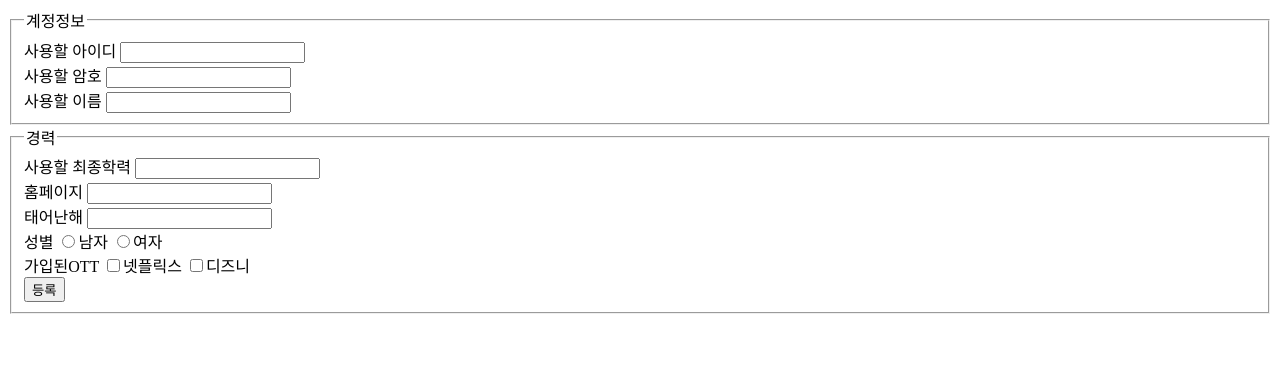
Repository: ybshim90/sesac1
Page: day_20211217_01_web/src/main/webapp/regist.html
These files come from the project's save history. The page is drawn as it stood at one moment and after the next save; the edit follows.
The browser window is 1280 px wide. The pictures show the whole page.

Above is the page before, as saved 2021-12-17 06:01:07.

### day_20211217_01_web/src/main/webapp/regist.html
<!DOCTYPE html>
<html>
	<head>
		<meta charset="UTF-8">
		<title>Insert title here</title>
	</head>
	<body>
		<form action="jsp/form1.jsp" method="get">
			<fieldset>
				<legend>계정정보</legend>
				<label> 사용할 아이디
					<input type="text" name="memid">
				</label><br>

				<label for="id_pw">사용할 암호</label>
				<input type="password" name="mempw" id="id_pw"><br>

				사용할 이름
				<input type="text" name="memname"><br>

			</fieldset>

			<fieldset>
				<legend>경력</legend>

				<label>사용할 최종학력
					<input type="search" name="keyword">
				</label><br>

				<label>홈페이지
					<input type="url" name="homepage">
				</label><br>

				<label>태어난해
					<input type="number" name="birthYear">
				</label><br>

				<label>성별
					<input type="radio" value="male" name="gender">남자
					<input type="radio" value="female" name="gender">여자
				</label><br>

				<label>가입된OTT
					<input type="checkbox" name="ott" value="netflix">넷플릭스
					<input type="checkbox" name="ott" value="disney">디즈니
				</label><br>

				<input type="submit" value="등록">
			</fieldset>
		</form>
	</body>
</html>

After the next save:
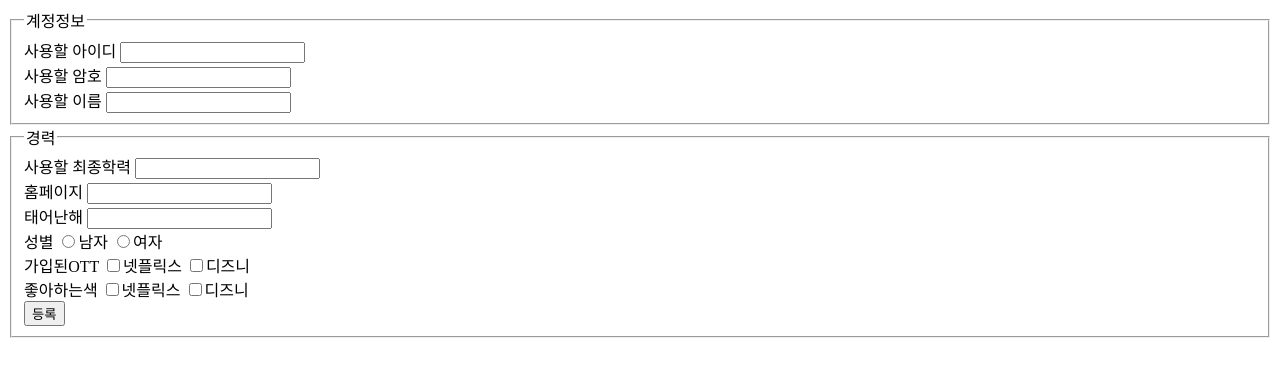
Saved 3 min 1 s later.
--- a/day_20211217_01_web/src/main/webapp/regist.html
+++ b/day_20211217_01_web/src/main/webapp/regist.html
@@ -45,6 +45,11 @@
 					<input type="checkbox" name="ott" value="disney">디즈니
 				</label><br>
 
+				<label>좋아하는색
+					<input type="checkbox" name="ott" value="netflix">넷플릭스
+					<input type="checkbox" name="ott" value="disney">디즈니
+				</label><br>
+
 				<input type="submit" value="등록">
 			</fieldset>
 		</form>
